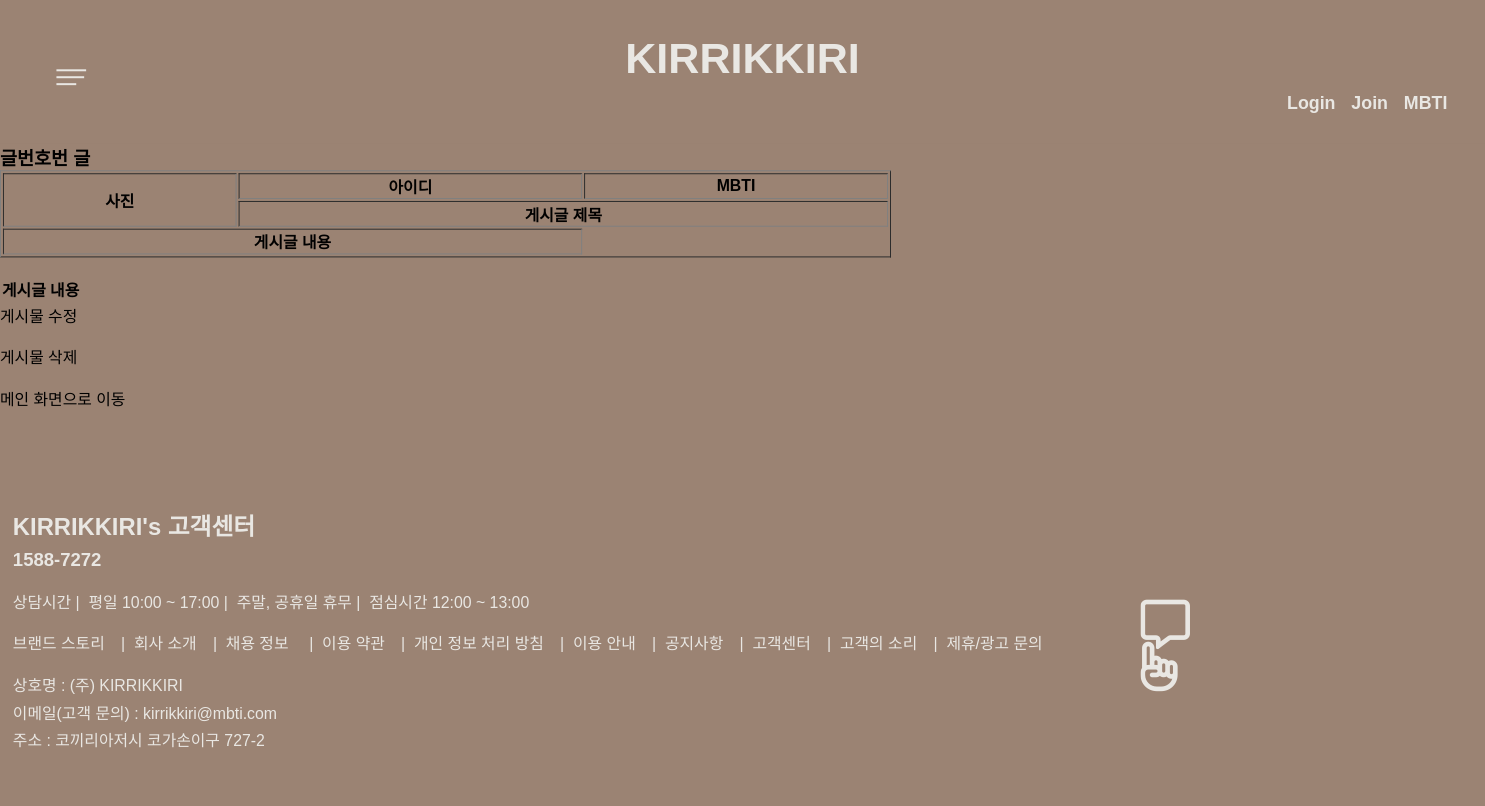
Repository: roditee/backend_mini_project
Page: http://localhost/spring_boot_backend_mini_project1/WEB-INF/views/post/postDetailView.jsp
These files come from the project's save history. The page is drawn as it stood at one moment and after the next save; the edit follows.
The browser window is 1280 px wide. The page is 1500 px wide, then 1280 px, so the pictures cover 1500 px, including what lies to the right of the window. The pictures show the whole page, at 99% of full size.
Some web libraries are served in a nearby version. The page is served by Tomcat 9. Nobody is signed in. Other server files are loaded and not shown. The template is opened directly, without the code that normally fills it, so the values that code supplies are empty.

Above is the page before, as saved 2022-01-19 11:07:01.

### springProject_ex_workspace/spring_boot_backend_mini_project1/src/main/webapp/WEB-INF/views/post/postDetailView.jsp
<%@ page language="java" contentType="text/html; charset=UTF-8"
    pageEncoding="UTF-8"%>
<%@ taglib prefix="c" uri="http://java.sun.com/jsp/jstl/core" %>
<!DOCTYPE html>
<html>
	<head>
		<meta charset="UTF-8">
		<title>게시글 상세 정보</title>
	</head>
	<body>
		<div id="wrap">
			<!-- TOP -->
			<jsp:include page="/WEB-INF/views/layout/top.jsp" flush='true'/>

	        <section>
			<h3>글번호${prd.prdNo }번 글</h3>
			<table border="1" width="900">
				<tr><th rowspan="2">사진${prd.prdName }</th><th>아이디${prd.prdPrice }</th><th>MBTI${prd.prdCompany }</th></tr>
				<tr><th colspan="2">게시글 제목${prd.prdStock }</th></tr>
				<tr><th colspan="2">게시글 내용${prd.prdDescript }</th></tr>
			</table><br>
			<table>
			<tr><th>게시글 내용</th></tr>
			 <c:forEach items="${prdList }" var="prd">
			   	<tr><td><a href="<c:url value='/product/detailViewProduct/${prd.prdNo}'/>">${prd.prdNo }</a></td>
			   			<td>${prd.prdStock }</td>
			   	</tr>
			   </c:forEach>
			</table>

			<a href="<c:url value='/product/updateProductForm/${prd.prdNo}'/>">게시물 수정</a><br><br>

			<!-- 상품 정보 삭제 : 삭제 여부 확인 처리 (자바스크립트로) -->
			<a href="javascript:deleteCheck();">게시물 삭제</a><br><br>
			<script type="text/javascript">
				function deleteCheck(){
					var answer = confirm("선택한 게시물을 삭제하시겠습니까?");
					if(answer == true){
						location.href="/product/deleteProduct/${prd.prdNo}";
					}
				}
			</script>

			<a href="<c:url value='/'/>">메인 화면으로 이동</a>
			</section>

			<!-- bottom -->
			<jsp:include page="/WEB-INF/views/layout/bottom.jsp" flush='true'/>
		</div>
	</body>
</html>

### springProject_ex_workspace/spring_boot_backend_mini_project1/src/main/webapp/WEB-INF/views/layout/top.jsp
<%@ page language="java" contentType="text/html; charset=UTF-8"
    pageEncoding="UTF-8"%>
<%@ taglib prefix="c" uri="http://java.sun.com/jsp/jstl/core"%>
<!DOCTYPE html>
<html>
	<head>
	    <meta charset="UTF-8">
	    <meta http-equiv="X-UA-Compatible" content="IE=edge">
	    <meta name="viewport" content="width=device-width, initial-scale=1.0">
	    <title>KIRRIKKIRI : MBTI 기반 정보 공유</title>
	    <link href="<c:url value='/css/common.css'/>" rel="stylesheet" type="text/css">
	    <link href="<c:url value='/css/menu.css'/>" rel="stylesheet" type="text/css">
	    <link href="<c:url value='/css/mainBanner.css'/>" rel="stylesheet" type="text/css">
	    <link href="<c:url value='/css/section.css'/>" rel="stylesheet" type="text/css">
	    <link href="<c:url value='/css/productDetailView.css'/>" rel="stylesheet" type="text/css">
			<script src="<c:url value='/js/jquery-3.6.0.min.js'/>"></script>
			<script src="<c:url value='/js/main.js'/>"></script>
			<script src="<c:url value='/js/menu.js'/>"></script>
			<script src="<c:url value='/js/chatbot.js'/>"></script>
			<script src="<c:url value='/js/mainBanner.js'/>"></script>
			<script src="<c:url value='/js/zoomImage.js'/>"></script>
	    <script src="<c:url value='/js/mainImg.js'/>"></script>
	    <script src="<c:url value='/js/modal.js'/>"></script>
	    <script src="<c:url value='/js/moveScreen.js'/>"></script>
	    <script src="<c:url value='/js/selectBox.js'/>"></script>
	    <script src="<c:url value='/js/cart.js'/>"></script>
	    <script src="https://kit.fontawesome.com/2d323a629b.js" crossorigin="anonymous"></script>
    </head>
	<body>
		<header>
			<div id="header">
				<div id="mainLogo"><a href="<c:url value='/'/>"><h2>KIRRIKKIRI</h2></a></div>
            	<div id="userManageBtn">
            		<!-- 메뉴 : 로그인 하지 않은 경우  -->
								<c:if test="${empty sessionScope.sid }">
									<a href="<c:url value='/mbtiInfo'/>">MBTI</a>
                  <a href="<c:url value='/join'/>">Join</a>
                  <a href="<c:url value='/login'/>">Login</a>
								</c:if>

								<!-- 메뉴 : 로그인 한 경우  -->
								<c:if test="${not empty sessionScope.sid}">
									<a href="<c:url value='/logout'/>">로그아웃</a>
									<a href="<c:url value='/cart'/>">장바구니</a>
									<a href="<c:url value='/mbtiInfo'/>">MBTI</a>
									<a href="<c:url value='/myFeed'/>">${sessionScope.sid}'s Feed</a>
								</c:if>

                </div>
            </div>
		</header>

        <nav>
            <div class="menu-btn">
                <div class="line line--1"></div>
                <div class="line line--2"></div>
                <div class="line line--3"></div>
            </div>

            <div class="nav-links">
                <ul id="menuGroup">
                    <li class="menu link"><a href="#">NOTICE</a>
                        <ul class="hide">
                            <li class="subMenu"><a href="<c:url value='/'/>">HOME</a></li>
                            <li class="subMenu"><a href="<c:url value='/'/>">공지사항</a></li>
                            <li class="subMenu"><a href="<c:url value='/'/>">EVENT</a></li>
                            <li class="subMenu"><a href="<c:url value='/'/>">FAQ</a></li>
                        </ul>
                    </li>
                    <li class="menu link"><a href="#">MBTI</a>
                        <ul class="hide">
                            <li class="subMenu"><a href="#hotItemsSection">인기 게시글</a></li>
                            <li class="subMenu"><a href="#KIRRIRecommendSection">KIRRI 추천 게시글</a></li>
                            <li class="subMenu"><a href="<c:url value='/mbtiInfo'/>">MBTI 유형별 특징</a></li>
                        </ul>
                    </li>
                    <li class="menu link"><a href="#">KIRRI'S</a>
                        <ul class="hide">
                        		<li class="subMenu"><a href="<c:url value='/'/>">KIRRI's 굿즈</a></li>
                            <li class="subMenu"><a href="<c:url value='/'/>">BrandStory</a></li>
                            <li class="subMenu"><a href="<c:url value='/'/>">주요 사업</a></li>
                            <li class="subMenu"><a href="<c:url value='/'/>">오시는 길</a></li>
                        </ul>
                    </li>
                    <li class="menu link"><a href="#">mbti메뉴</a>
                        <ul class="hide">
                            <li class="subMenu"><a href="<c:url value='/'/>">INTJ</a></li>
                            <li class="subMenu"><a href="<c:url value='/'/>">INTP</a></li>
                            <li class="subMenu"><a href="<c:url value='/'/>">ENTJ</a></li>
                            <li class="subMenu"><a href="<c:url value='/'/>">ENTP</a></li>
                            <li class="subMenu"><a href="<c:url value='/'/>">INFJ</a></li>
                            <li class="subMenu"><a href="<c:url value='/'/>">INFP</a></li>
                            <li class="subMenu"><a href="<c:url value='/'/>">ENFJ</a></li>
                            <li class="subMenu"><a href="<c:url value='/'/>">ENFP</a></li>
                            <li class="subMenu"><a href="<c:url value='/'/>">ISTJ</a></li>
                            <li class="subMenu"><a href="<c:url value='/'/>">ISFJ</a></li>
                            <li class="subMenu"><a href="<c:url value='/'/>">ESTJ</a></li>
                            <li class="subMenu"><a href="<c:url value='/'/>">ESFJ</a></li>
                            <li class="subMenu"><a href="<c:url value='/'/>">ISTP</a></li>
                            <li class="subMenu"><a href="<c:url value='/'/>">ISFP</a></li>
                            <li class="subMenu"><a href="<c:url value='/'/>">ESTP</a></li>
                            <li class="subMenu"><a href="<c:url value='/'/>">ESFP</a></li>
                        </ul>
                    </li>
                </ul>
            </div>
        </nav>
	</body>
</html>

### springProject_ex_workspace/spring_boot_backend_mini_project1/src/main/webapp/WEB-INF/views/layout/bottom.jsp
<%@ page language="java" contentType="text/html; charset=UTF-8"
    pageEncoding="UTF-8"%>
<%@ taglib prefix="c" uri="http://java.sun.com/jsp/jstl/core" %>
<!DOCTYPE html>
<html>
	<head>
		<meta charset="UTF-8">
		<title>KIRRIKKIRI : MBTI 기반 정보 공유</title>
	</head>
	<body>
		<footer>
            <div id="footer">
                <div id="footerInfo">
                    <div id="info1">
                        <h2>KIRRIKKIRI's 고객센터</h2>
                        <h3>1588-7272</h3>
                    </div>
                    <div id="info2">
                        상담시간&nbsp;|&nbsp;
                        평일 10:00 ~ 17:00&nbsp;|&nbsp;
                        주말, 공휴일 휴무&nbsp;|&nbsp;
                        점심시간 12:00 ~ 13:00
                    </div>
                    <div id="info3">
                        <a href="<c:url value='/'/>">브랜드 스토리</a>&nbsp;|&nbsp;
                        <a href="<c:url value='/'/>">회사 소개</a>&nbsp;|&nbsp;
                        <a href="<c:url value='/'/>">채용 정보 </a>&nbsp;|&nbsp;
                        <a href="<c:url value='/'/>">이용 약관</a>&nbsp;|&nbsp;
                        <a href="<c:url value='/'/>">개인 정보 처리 방침</a>&nbsp;|&nbsp;
                        <a href="<c:url value='/'/>">이용 안내</a>&nbsp;|&nbsp;
                        <a href="<c:url value='/'/>">공지사항</a>&nbsp;|&nbsp;
                        <a href="<c:url value='/'/>">고객센터</a>&nbsp;|&nbsp;
                        <a href="<c:url value='/'/>">고객의 소리</a>&nbsp;|&nbsp;
                        <a href="<c:url value='/'/>">제휴/광고 문의</a>
                    </div>
                    <div id="info4">
                        상호명 : (주) KIRRIKKIRI<br/>
                        이메일(고객 문의) : kirrikkiri@mbti.com<br/>
                        주소 : 코끼리아저시 코가손이구 727-2
                    </div>
                </div>
                <div id="toTop">
                    <i id="toTopBtn" class="far fa-hand-point-up"></i>
                </div>
                <div id="chat">
                    <i id="chatbot" class="far fa-comment-alt"></i>
                </div>
            </div>
        </footer>
	</body>
</html>

### springProject_ex_workspace/spring_boot_backend_mini_project1/src/main/resources/static/css/common.css
* {
  margin: 0;
  padding: 0;
  box-sizing: border-box;
}

html {
  scroll-behavior: smooth;
}

html,
body {
  height: 100%;
}

body {
  background: #9b8373;
}
#wrap {
  width: 1500px;
  margin: 0 auto;
}

/************* Header ************/
#header {
  position: relative;
  width: 100%;
  height: 120px;
  background: #9b8373;
  text-align: center;
}

/* main logo */
#mainLogo {
  padding: 10px;
  margin-top: 25px;
}

#mainLogo a {
  text-decoration: none;
  color: #e9e7e3;
  margin-top: 17px;
  font-size: 29px;
}

#mainLogo h2 {
  display: inline;
}

/* btn */
#userManageBtn {
  margin-right: 30px;
}

#userManageBtn > a {
  float: right;
  color: #e9e7e3;
  text-decoration: none;
  font-size: 18px;
  font-weight: bold;
  padding: 0 8px;
}

#userManageBtn > a:hover {
  color: black;
}

/************* SearchBar ************/
#SearchBarBox {
  padding: 50px 0;
}

#SearchBar {
  display: flex;
  justify-content: space-evenly;
  align-items: center;
  width: 40%;
  height: 65px;
  font-size: 20px;
  background-color: #e0d0c0;
  border-radius: 50px;
  padding: 0 20px;
  margin: 0 auto;
}

#SearchBar > div:nth-child(2) {
  width: 80%;
}

#SearchBar:hover {
  background-color: rgb(209, 192, 175);
}

#searchBarInput {
  width: 100%;
  height: 40px;
  background: transparent;
  border: none;
  padding-left: 25px;
  font-size: 20px;
}

#searchBarInput:focus {
  outline: none;
}

#searchBtn {
	visibility: hidden;
}

#SearchBar i:hover {
  opacity: 0.5;
}

/* hotItems */

.mbtiItemsImg {
  box-shadow: 10px 10px 10px -5px rgba(25, 42, 70, 0.2);
  border-radius: 8px;
  margin: 0 10px;
  transition: 0.4s;
  flex-shrink: 0;
}

.mbtiItemsImg:hover {
  box-shadow: 10px 10px 10px 0px rgba(25, 42, 70, 0.2);
  transform: translate(0, -5px);
}

#hotItemsSection {
  margin-top: 145px;
}

.class-list {
  display: flex;
  list-style: none;
  padding: 1rem 0;
  margin: 0;
  overflow: none;
}

a {
  text-decoration-line: none;
}

.class-card {
  height: 300px;
  width: 200px;
  margin: 0 20px;
  transition: 0.4s;
  border-radius: 20px;
  box-shadow: 10px 10px 10px -5px rgba(25, 42, 70, 0.2);
  background-color: #947070;
  transition: 0.4s;
  flex-shrink: 0;
}

.class-card2 {
  height: 450px;
  width: 400px;
  margin: 0 20px;
  transition: 0.4s;
  border-radius: 20px;
  box-shadow: 10px 10px 10px -5px rgba(25, 42, 70, 0.2);
  background-color: #947070;
  transition: 0.4s;
  flex-shrink: 0;
}

.class-card:hover {
  box-shadow: 10px 10px 10px 0px rgba(25, 42, 70, 0.2);
  transform: translate(0, -5px);
}

.class-card2:hover {
  box-shadow: 10px 10px 10px 0px rgba(25, 42, 70, 0.2);
  transform: translate(0, -5px);
}

.class-image {
  max-width: 200px;
  border-radius: 8px 8px 0 0;
}

.class-image2 {
  max-width: 400px;
  max-height: 300px;
  border-radius: 8px 8px 0 0;
}

.class-container {
  width: 100%;
  padding: 0.5rem 1rem 1rem 1rem;
}

.class-skill {
  display: flex;
  justify-content: space-between;
  align-items: center;
}

.class-type {
  font-size: 0.9rem;
  color: #e9e7e3;
}

.class-format {
  font-size: 0.9rem;
  color: #fff;
  background-color: #bd8f3c;
  padding: 0.2rem;
}

.class-desc {
  width: 100%;
  margin-top: 1rem;
  color: #e9e7e3;
}

.class-desc:hover {
  color: #f8b132;
}

.class-title {
  font-weight: bold;
  color: inherit;
  width: 100%;
  white-space: nowrap;
  overflow: hidden;
  text-overflow: ellipsis;
  margin-bottom: 0.5rem;
}

.class-detail {
  font-size: 0.9rem;
  color: inherit;
  line-height: 1.5rem;
}

/************* Footer ************/
#footer {
  margin-top: 150px;
  width: 100%;
  height: 400px;
  padding: 80px 13px 35px 13px;
  background: #9b8373;
}

/* info */
#info1 h3 {
  margin-top: 8px;
}

#footerInfo > div {
  margin-top: 18px;
  color:#e9e7e3;
}

#footer a {
  text-decoration: none;
  color: #e9e7e3;
  margin: 0 12px 0 0;
}

#info4 {
  line-height: 28px;
}

/* toTopBtn */
#toTopBtn {
  position: fixed;
  top: 90%;
  left: 90%;
  font-size: 50px;
  color:#e9e7e3;
}

#toTopBtn:hover {
  opacity: 0.7;
  cursor: pointer;
}

/* chatbot */
#chatbot {
  position: fixed;
  top: 84%;
  left: 90%;
  font-size: 50px;
  color:#e9e7e3;
}

#chatbot:hover {
  opacity: 0.7;
  cursor: pointer;
}

### springProject_ex_workspace/spring_boot_backend_mini_project1/src/main/resources/static/css/menu.css
/************* Menu ************/
nav {
  /* overflow: hidden; */
  position: relative;
  transform: translateX(-170px);
  width: 270px;
  transition: all 800ms cubic-bezier(0.8, 0, 0.33, 1);
  border-radius: 0% 0% 100% 50%;
}

nav.nav-open {
  transform: translateX(0px);
  border-radius: 0% 0% 0% 0%;
  background: rgba(255, 255, 255, 0.6);
  z-index: 10000;
}

nav .menu-btn {
  position: fixed;
  top: -80px;
  left: 84%;
  padding: 0;
  width: 30px;
  cursor: pointer;
  z-index: 2;
}

nav .menu-btn .line {
  padding: 0;
  width: 30px;
  background:#e9e7e3;
  height: 2px;
  margin: 5px 0;
  transition: all 700ms cubic-bezier(0.9, 0, 0.33, 1);
}

nav .menu-btn .line.line--1 {
  width: 30px;
  transform: rotate(0) translateY(0);
}

nav .menu-btn .line.line--1.line-cross {
  width: 30px;
  transform: rotate(45deg) translateY(10px);
  background: #e9e7e3;
}

nav .menu-btn .line.line--2 {
  width: 28px;
  transform: translateX(0);
}

nav .menu-btn .line.line--2.line-fade-out {
  width: 28px;
  transform: translate(30px);
  opacity: 0;
}

nav .menu-btn .line.line--3 {
  width: 20px;
  transform: rotate(0) translateY(0);
}

nav .menu-btn .line.line--3.line-cross {
  width: 30px;
  transform: rotate(-45deg) translateY(-10px);
  background: #e9e7e3;
}

nav .nav-links {
  position: absolute;
  left: 0;
  top: 0;
  width: 100%;
  height: 100%;
  display: flex;
  flex-direction: column;
  justify-content: center;
  transform: translateX(-100px);
  opacity: 0;
  transition: all 900ms cubic-bezier(0.9, 0, 0.33, 1);
}

nav .nav-links.fade-in {
  opacity: 1;
  transform: translateX(0px);
}

nav .nav-links .link {
  margin: 20px 0 30px 0;
  text-decoration: none;
  font-family: sans-serif;
  color: #e9e7e3;
  font-weight: 700;
  text-transform: uppercase;
  font-size: 10px;
  transition: all 300ms cubic-bezier(0.9, 0, 0.33, 1);
}

nav .nav-links .link:hover {
  color: #e9e7e3;
}

.link a {
  margin: 0 20px;
  color: rgb(70, 53, 40);
  font-size: 18px;
  transition: all 400ms ease;
  font-size: 18px;
}

a:hover {
  color: #8b6452;
}

#subMenuList {
  list-style: none;
}

#menuGroup {
  list-style: none;
  position: absolute;
  top: -100px;
  background: #e0d0c0;
  z-index: 100;
  border-top-right-radius: 78px;
  border-bottom-right-radius: 78px;
  width: 205px;
}

.menu .hide {
  display: none;
}

.hide {
  list-style: none;
  padding-left: 10px;
  padding-top: 4px;
}

.subMenu {
  margin-bottom: 3px;
}

.subMenu > a {
  text-decoration: none;
}

### springProject_ex_workspace/spring_boot_backend_mini_project1/src/main/resources/static/css/mainBanner.css
/* mainBanner.css */

#mainBanner {
  position: relative;
  width: 100%;
  height: 570px;
  background: #f4f2f1;
  z-index: -100;
}

/* 폰트 적용 */
@import url(//fonts.googleapis.com/earlyaccess/notosanskr.css);

html {
  font-family: "Noto Sans KR", sans-serif;
}

/* 노말라이즈 */
body,
ul,
li,
h1,
h2,
h3,
h4,
h5 {
  margin: 0;
  padding: 0;
  list-style: none;
}

a {
  color: inherit;
  text-decoration: none;
}

/* 커스텀 */

/* 슬라이더 1 시작 */
.slider-1 {
  height: 400px;
  position: relative;
}

/* 슬라이더 1 - 페이지 버튼 */
.slider-1 > .page-btns {
  text-align: center;
  position: absolute;
  bottom: 20px;
  left: 0;
  width: 100%;
}

.slider-1 > .page-btns > div {
  width: 20px;
  height: 20px;
  background-color: rgba(255, 255, 255, 0.5);
  border-radius: 4px;
  display: inline-block;
  cursor: pointer;
}

.slider-1 > .page-btns > div.active {
  background-color: rgba(255, 255, 255, 1);
}

/* 슬라이더 1 - 슬라이드 */

.slider-1 > .slides > div {
  position: absolute;
  top: 0;
  left: 0;
  right: 0;
  bottom: 0;
  opacity: 0;
  transition: opacity 0.3s;
  background-position: center;
  background-size: cover;
  background-repeat: no-repeat;
}

.slider-1 > .slides > div.active {
  opacity: 1;
}

/* 슬라이더 좌우 버튼 */
.slider-1 > .side-btns > div {
  position: absolute;
  top: 0;
  left: 0;
  width: 25%;
  height: 100%;
  cursor: pointer;
}
.slider-1 > .side-btns > div:last-child {
  left: auto;
  right: 0;
}
.slider-1 > .side-btns > div > span {
  position: absolute;
  top: 50%;
  left: 20px;
  transform: translatey(-50%);
  background-color: white;
  opacity: 0.5;
  padding: 1px 13px;
  border-radius: 50px;
  font-size: 25px;
}
.slider-1 > .side-btns > div:last-child > span {
  left: auto;
  right: 20px;
}

/* 슬라이더 1 끝 */

/************* prev/next Button ************/
#prevNextBtnGroup {
  position: relative;
  z-index: 10;
}

#prevBtn {
  position: absolute;
  top: 240px;
  left: 2%;
  width: 65px;
  opacity: 0.6;
  cursor: pointer;
  color: red;
}

#nextBtn {
  position: absolute;
  top: 240px;
  right: 2%;
  width: 65px;
  opacity: 0.6;
  cursor: pointer;
  color: red;
}

#prevBtn:hover {
  opacity: 0.8;
}
#nextBtn:hover {
  opacity: 0.8;
}

/************* slideBanner ************/
#slideBannerGroup {
  width: 100%;
  height: 530px;
  overflow: hidden;
  text-align: center;
}

#slideBanner {
  position: relative;
  width: 7500px;
  height: 530px;
}

.bannerItems {
  float: left;
  width: 1500px;
  height: 530px;
}

/************* 배너 하단 control Button ************/
#bannerControlGroup {
  margin: 0 auto;
  width: 160px;
  text-align: center;
}

.bannerControl {
  margin: 15px 5px 0 5px;
  width: 12px;
  height: 12px;
}

### springProject_ex_workspace/spring_boot_backend_mini_project1/src/main/resources/static/css/section.css
/************* Section ************/

/************* MBTI Category ************/
#mbtiCtgGroup {
  width: 100%;
  height: 300px;
  margin-top: 40px;
  background: #9b8373;
  height: 205px;
  padding: 23px 0;
}

.mbtiCtg {
  display: flex;
  list-style: none;
  justify-content: space-evenly;
  margin: 17px 70px 0px 70px;
}

.mbtiItemsImg > img {
  width: 63px;
  height: 63px;
  border-radius: 16px;
}

.mbtiItemsImg > img:hover {
  opacity: 0.6;
}

.mbtiCtgItems a {
  color: #e9e7e3;
  text-decoration: none;
  font-weight: bold;
}

.mbtiItemsText {
  text-align: center;
}

/************* 인기 게시글 ************/
#hotItemsSection {
  width: 100%;
  background: #9b8373;
  padding: 35px 0;
}

#hotItemsSection > h2 {
  padding: 0px 13px 13px 38px;
  color: #e9e7e3;
}

.hotItemGroup {
  display: flex;
  justify-content: space-evenly;
}

.hotItems {
  width: 200px;
  height: 250px;
  border-radius: 20px;
  background: white;
  margin: 10px 0;
}

.hotItems:hover {
  opacity: 0.8;
}

/************* 추천게시글 ************/
#KIRRIRecommendSection, #KIRRIGoodsSection {
  width: 100%;
  height: 450px;
  background: #9b8373;
  padding: 35px 0;
  margin-bottom: 90px;
  padding-top: 75px;
}

#KIRRIRecommendSection h2, #KIRRIGoodsSection h2 {
  padding: 0px 13px 13px 38px;
  color:#e9e7e3;
}
.KIRRIRecommendGroup, .KIRRIGoodsGroup {
  display: flex;
  justify-content: space-evenly;
}

.KIRRIRecommendItems {
  width: 400px;
  height: 350px;
  border-radius: 20px;
  background: white;
  margin: 10px 0;
}

.KIRRIRecommendItems:hover {
  opacity: 0.8;
}

Loaded but not shown: springProject_ex_workspace/spring_boot_backend_mini_project1/src/main/resources/static/js/jquery-3.6.0.min.js (library); springProject_ex_workspace/spring_boot_backend_mini_project1/src/main/resources/static/js/mainImg.js (65 lines, source omitted); springProject_ex_workspace/spring_boot_backend_mini_project1/src/main/resources/static/js/zoomImage.js (106 lines, source omitted); springProject_ex_workspace/spring_boot_backend_mini_project1/src/main/resources/static/js/mainBanner.js (70 lines, source omitted); springProject_ex_workspace/spring_boot_backend_mini_project1/src/main/resources/static/js/cart.js (62 lines, source omitted); springProject_ex_workspace/spring_boot_backend_mini_project1/src/main/resources/static/js/menu.js (28 lines, source omitted); springProject_ex_workspace/spring_boot_backend_mini_project1/src/main/resources/static/js/chatbot.js (33 lines, source omitted); springProject_ex_workspace/spring_boot_backend_mini_project1/src/main/resources/static/js/modal.js (17 lines, source omitted); springProject_ex_workspace/spring_boot_backend_mini_project1/src/main/resources/static/js/moveScreen.js (17 lines, source omitted); springProject_ex_workspace/spring_boot_backend_mini_project1/src/main/resources/static/js/selectBox.js (13 lines, source omitted); springProject_ex_workspace/spring_boot_backend_mini_project1/src/main/resources/static/js/main.js (8 lines, source omitted); springProject_ex_workspace/spring_boot_backend_mini_project1/src/main/resources/static/css/productDetailView.css (528 lines, source omitted)

After the next save:
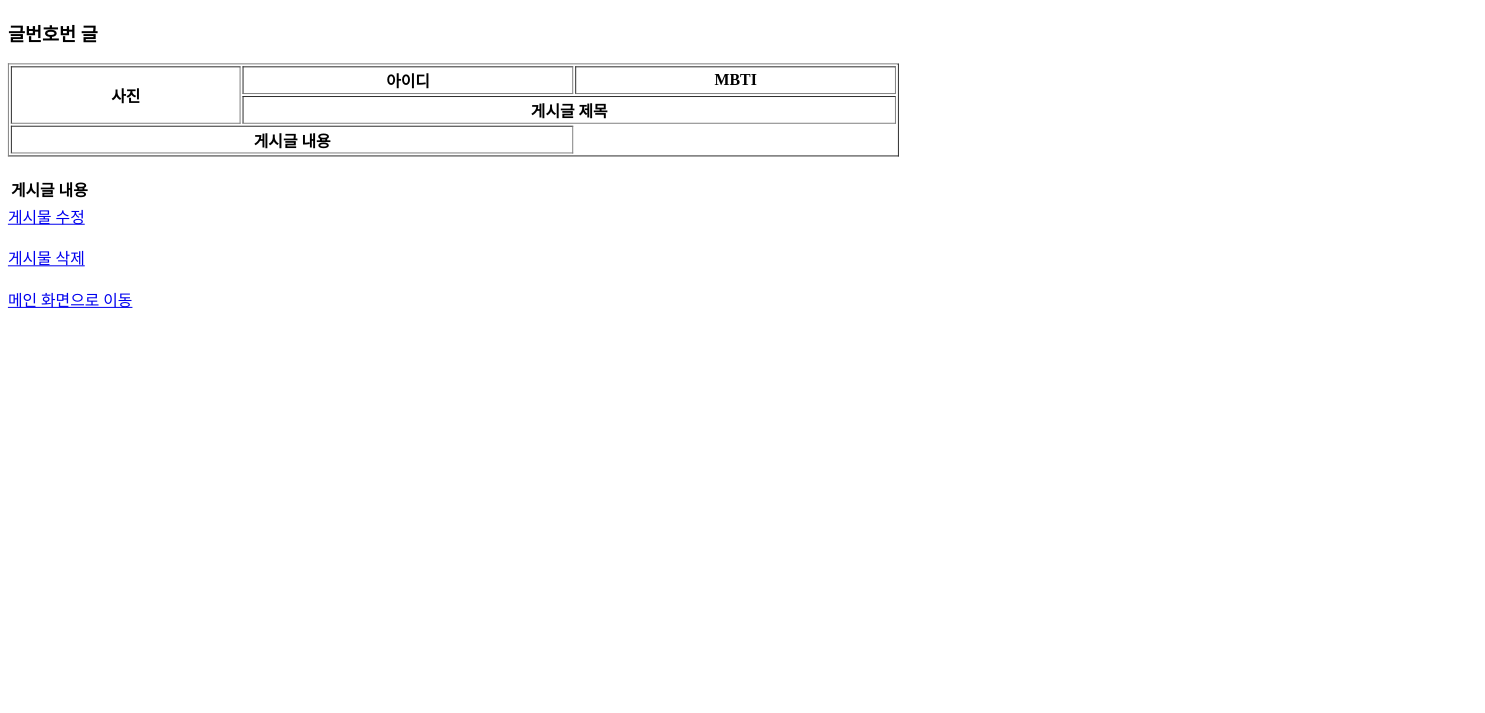
Saved 39 s later.
--- a/springProject_ex_workspace/spring_boot_backend_mini_project1/src/main/webapp/WEB-INF/views/post/postDetailView.jsp
+++ b/springProject_ex_workspace/spring_boot_backend_mini_project1/src/main/webapp/WEB-INF/views/post/postDetailView.jsp
@@ -8,11 +8,7 @@
 		<title>게시글 상세 정보</title>
 	</head>
 	<body>
-		<div id="wrap">
-			<!-- TOP -->
-			<jsp:include page="/WEB-INF/views/layout/top.jsp" flush='true'/>
 
-	        <section>
 			<h3>글번호${prd.prdNo }번 글</h3>
 			<table border="1" width="900">
 				<tr><th rowspan="2">사진${prd.prdName }</th><th>아이디${prd.prdPrice }</th><th>MBTI${prd.prdCompany }</th></tr>
@@ -42,10 +38,6 @@
 			</script>
 
 			<a href="<c:url value='/'/>">메인 화면으로 이동</a>
-			</section>
 
-			<!-- bottom -->
-			<jsp:include page="/WEB-INF/views/layout/bottom.jsp" flush='true'/>
-		</div>
 	</body>
 </html>
